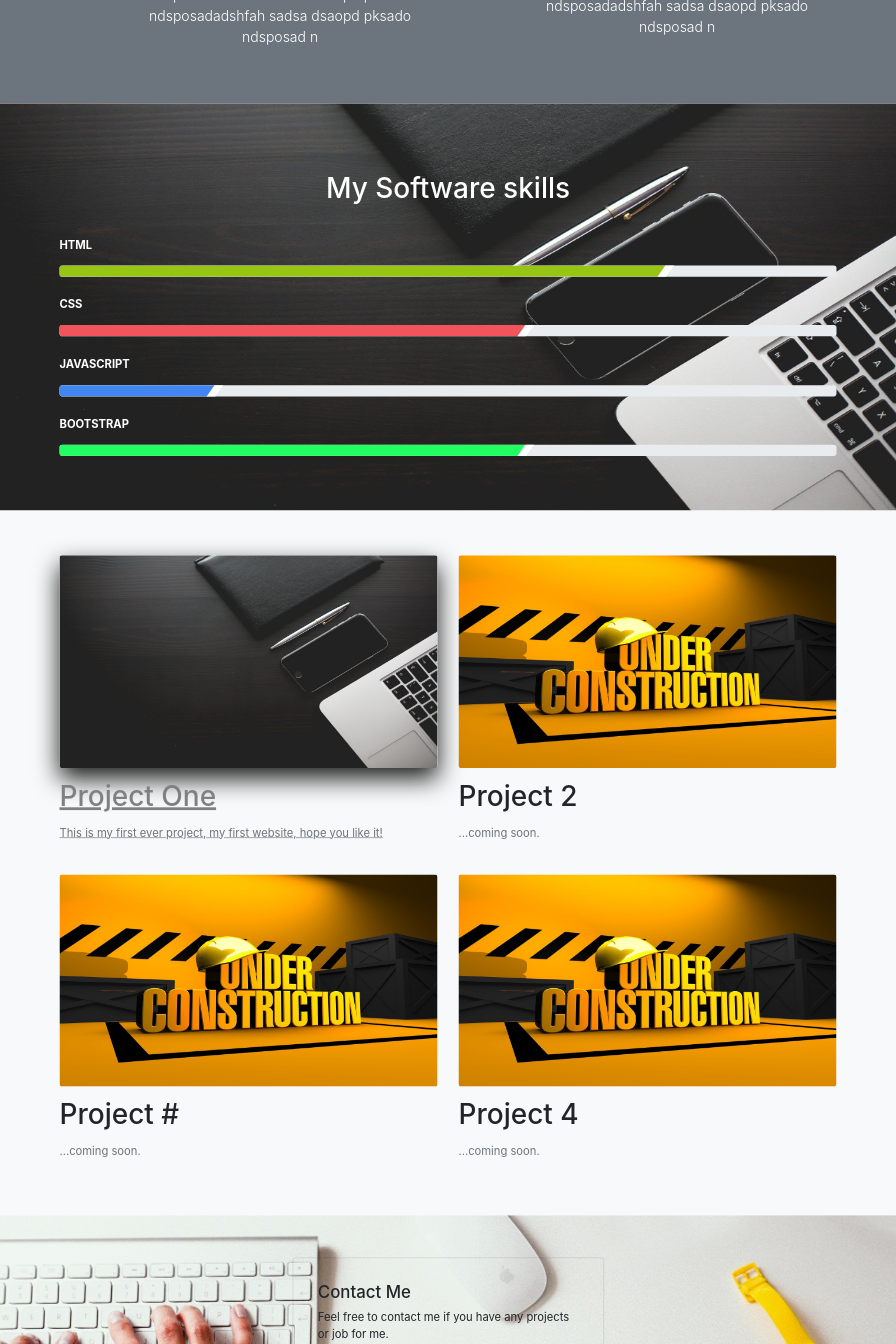
Repository: Kraljiccar/User-Centric-Frontend-Development-Milestone-Project
Page: index.html
The author's editor kept a record of every edit. The page is drawn from the files as they stood at one moment, then again after the next edit.
The browser window is 1280 px wide. The pictures show the part of the page from y = 1035 to 2955 px (the page is 3437 px tall), at 70% of full size.
The pointer rests on the first visible `.img-fluid`.
Backgrounds fixed to the window are drawn as part of the page.

Above is the page before.

After the next edit:
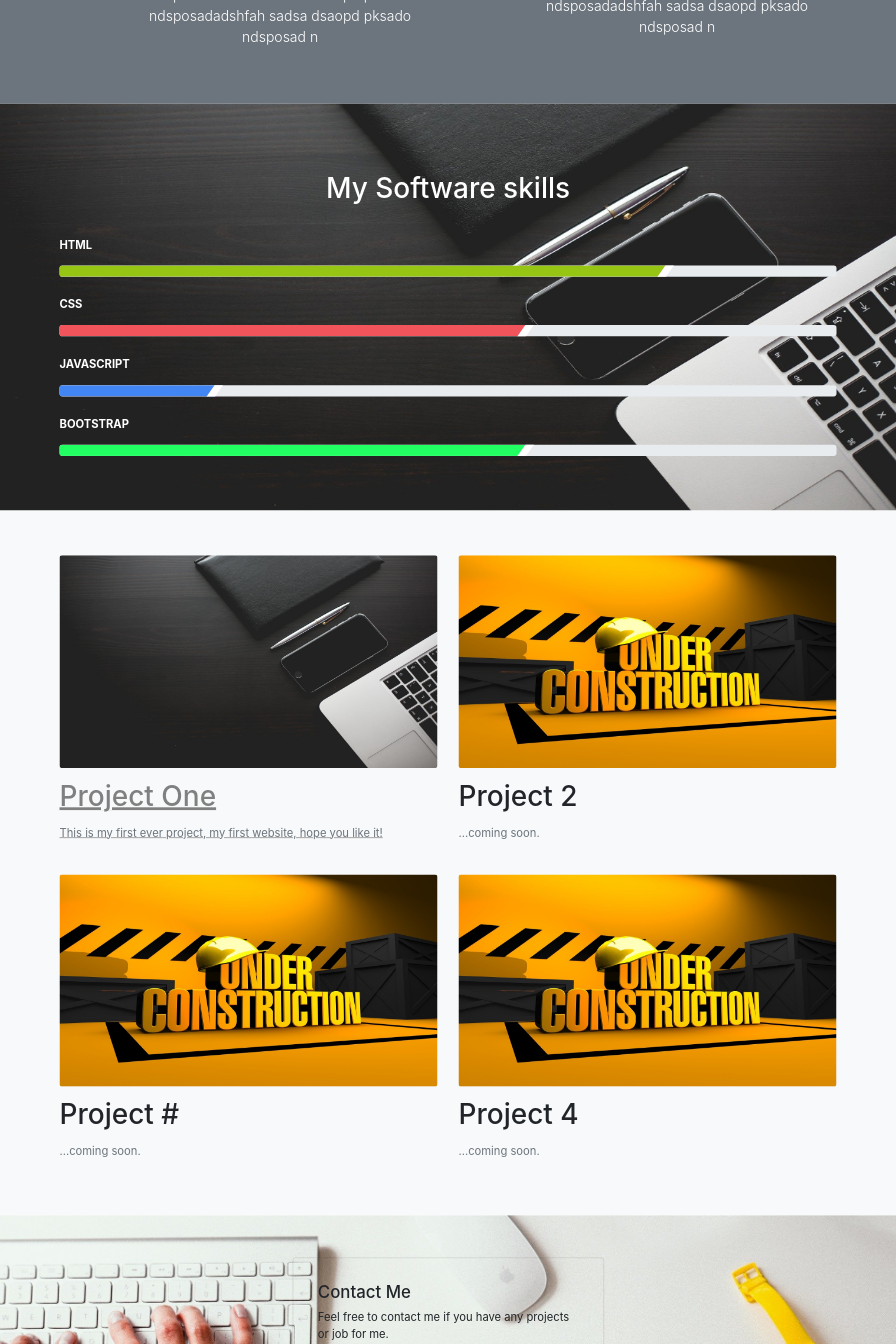
The edit:
--- a/assets/css/style.css
+++ b/assets/css/style.css
@@ -90,7 +90,7 @@
 
 }
 
-.img-fluid:hover {
+.img-fluid .project-link:hover {
   transform: translateY(-50px), translatex(-50px);
   box-shadow: 0 15px 35px rgba(0,0,0,0.9);
 }
